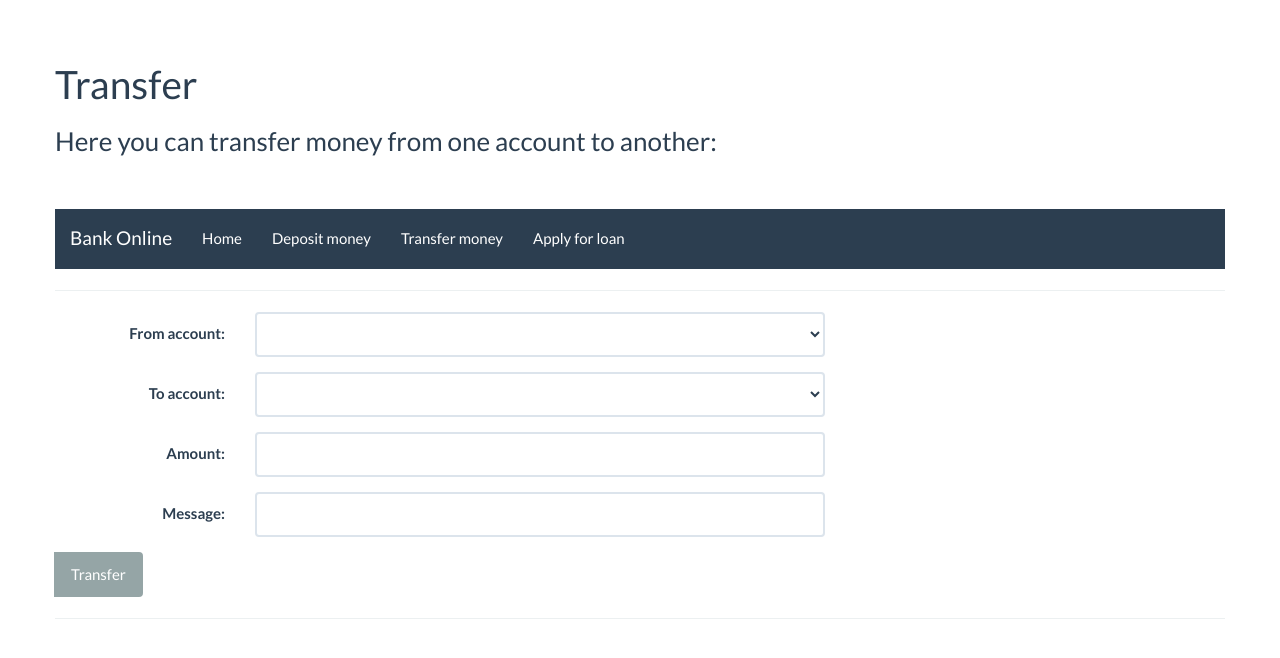
Repository: klitusas/SpringMVCBanking
Page: http://localhost/transfer
The author's editor kept a copy of each file at every save. The page is drawn from the files as they stood at one save, then again after the next save.
The browser window is 1280 px wide. The pictures show the whole page.
The page is this project's Thymeleaf template; nobody is signed in. The template is opened directly, without the code that normally fills it, so the values that code supplies are empty.

Above is the page before, as saved 2017-03-01 19:33:46.

### banking/src/main/resources/templates/transfer.html
<!DOCTYPE HTML>
<html xmlns:th="http://www.thymeleaf.org">
<head>
    <title>Bank Online</title>
    <meta http-equiv="Content-Type" content="text/html; charset=UTF-8" />

	<link rel="stylesheet" href="/bootstrap.min.css" media="screen"/>
</head>
<body>
	<div class="container">
      <div class="page-header" id="banner">
        <div class="row">
          <div>
			<h1>Transfer</h1>
			<h3>Here you can transfer money from one account to another: </h3>
			<br/>
			<br/>
			<nav class="navbar navbar-default navbar-static-top">
 				 <div class="container">
			  			<div class="navbar-header">
					      <a class="navbar-brand" href="#">Bank Online</a>
					    </div>
					    <ul class="nav navbar-nav">
					      <li><a th:href="@{/accounts}">Home</a></li>
					      <li><a  th:href="@{/deposit}">Deposit money</a></li>
					      <li><a th:href="@{/transfer}">Transfer money</a></li>
					      <li><a href="#">Apply for loan</a></li>
					    </ul>
 				 </div>
			</nav>
				<hr/>
				<form class="form-horizontal" th:action="@{/transfer}"  method="post" enctype="multipart/form-data" >
            	<fieldset>
            		<div class="form-group">
	                    <label class="col-lg-2 control-label">From account:</label>
	                    <div class="col-lg-6">
						    <select name="fromAccount"  class="form-control">
								<option th:each="account : ${accounts}"
									th:value="${account.id}"
									th:text="${account.label}"></option>
							</select>
	                    </div>
                	</div>
                	<div class="form-group">
	                    <label class="col-lg-2 control-label">To account:</label>
	                    <div class="col-lg-6">
						    <select name="toAccount"  class="form-control">
								<option th:each="account : ${accounts}"
									th:value="${account.id}"
									th:text="${account.label}"></option>
							</select>
	                    </div>
                	</div>
                	<div class="form-group">
	                    <label class="col-lg-2 control-label">Amount:</label>
	                    <div class="col-lg-6">
	                    	<input type="text" class="form-control" name="amount"/>
	                    </div>
                	</div>
                	<div class="form-group">
	                    <label class="col-lg-2 control-label">Message:</label>
	                    <div class="col-lg-6">
	                    	<input type="text" class="form-control" name="description"/>
	                    </div>
                	</div>
                	<span class="input-group-btn">
						<button type="submit" class="btn btn-default">Transfer</button>
					</span>
            	</fieldset>
            </form>
            <hr/>
			</div>
		</div>
	</div>
</div>
</body>
</html>

Loaded but not shown: banking/src/main/resources/static/bootstrap.min.css (library)

After the next save:
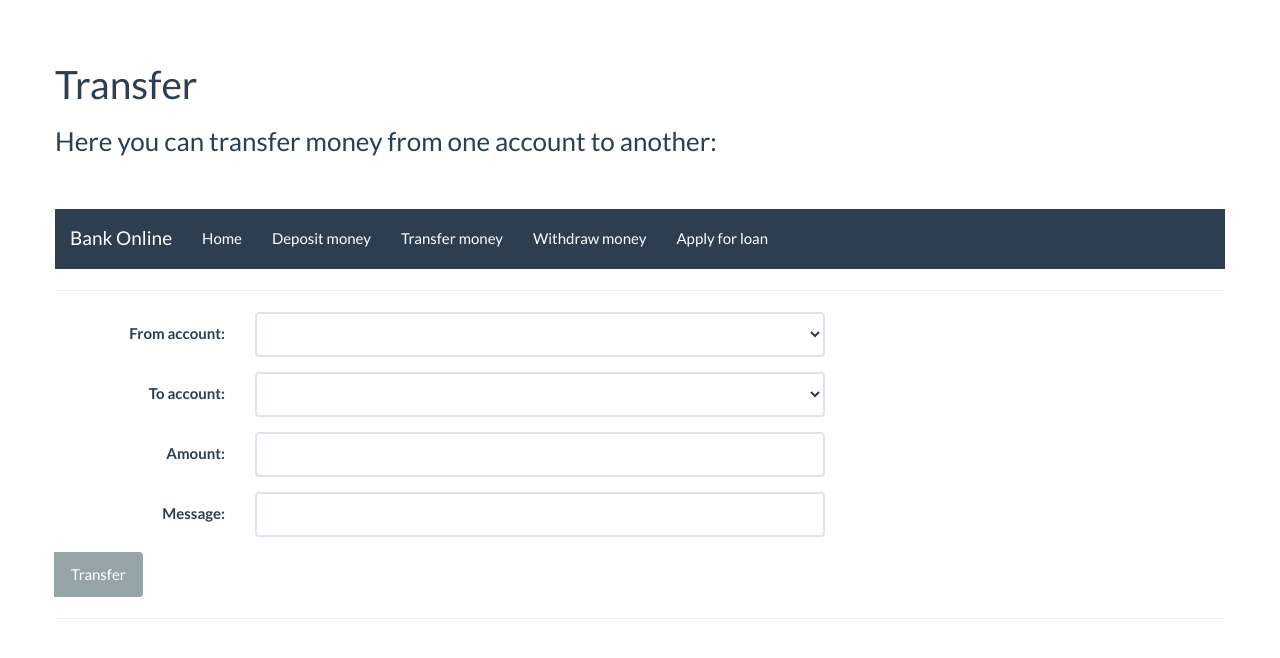
Saved 13 s later.
--- a/banking/src/main/resources/templates/transfer.html
+++ b/banking/src/main/resources/templates/transfer.html
@@ -24,6 +24,7 @@
 					      <li><a th:href="@{/accounts}">Home</a></li>
 					      <li><a  th:href="@{/deposit}">Deposit money</a></li>
 					      <li><a th:href="@{/transfer}">Transfer money</a></li>
+					      <li><a th:href="@{/withdraw}">Withdraw money</a></li>
 					      <li><a href="#">Apply for loan</a></li>
 					    </ul>
  				 </div>
